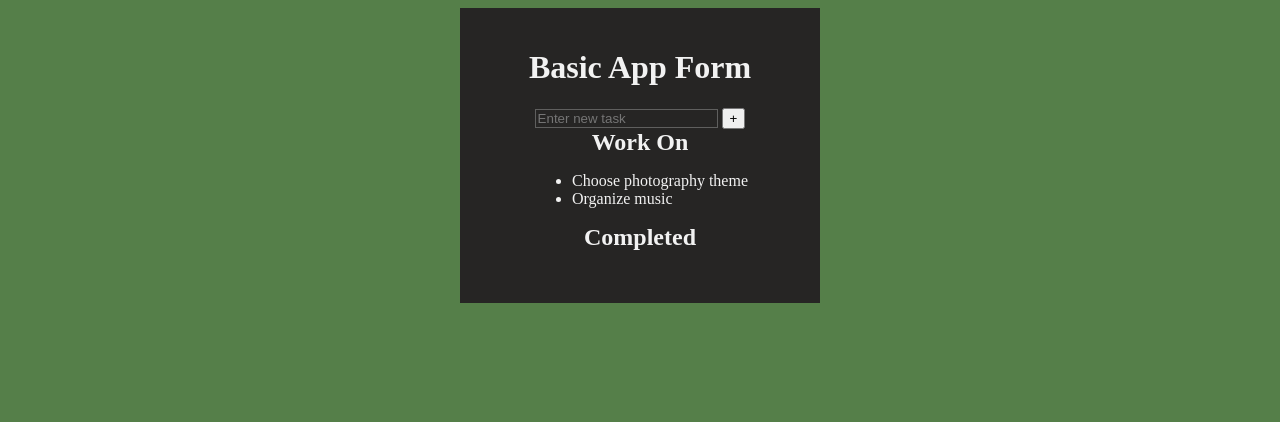
Repository: Kayla-amr/dgm_3760
Page: todoTemplate-W2/index.html
The author's editor kept a copy of each file at every save. The page is drawn from the files as they stood at one save, then again after a run of saves.
The browser window is 1280 px wide. The pictures show the whole page.

Above is the page before, as saved 2022-10-17 17:07:13.

### todoTemplate-W2/index.html
<!DOCTYPE html>
<html lang="en">

<head>
    <meta charset="UTF-8">
    <meta http-equiv="X-UA-Compatible" content="IE=edge">
    <meta name="viewport" content="width=device-width, initial-scale=1.0">
    <link rel="stylesheet" href="styles.css">
    <title>Basic Todo App</title>
</head>

<body>
    <main>
        <div class="taskForm">
            <h1 class="formTitle"></h1>
            <div>
                <input class="userInput" type="text" placeholder="Enter new task">
                <button class="addTask">+</button>
            </div>
            <h2>Work On</h2>
            <ul class='todoTasks'>
            </ul>
            <h2>Completed</h2>
            <ul class='completeTasks'>
            </ul>
    </main>

    </div>
</body>
<script src="/todoTemplate-W2/index.js"></script>

</html>

### todoTemplate-W2/styles.css
body{
    background-color: #557f49;
    color: #f2f2f2;
}
main{
    display: flex;
    justify-content: center;
}
h2{
    padding: 0;
    margin: 0;
}
.taskForm{
    background-color: #262524;
    padding: 20px;
    width: 20rem;
    display: flex;
    flex-direction: column;
    justify-content: center;
    align-items: center;
}

.userInput{
    background-color: #eaaf1900;
    border: 1px solid #808080a1;
    color: #f2f2f2;
}

### todoTemplate-W2/index.js
let myList = [
	{
		id: 0,
		name: 'Choose photography theme',
		category: 'Homework',
		due_date: 'Tomorrow',
		status: false
	},
	{
		id: 1,
		name: 'Organize music',
		category: 'Chores',
		due_date: 'Wednesday',
		status: false
	}
];

//app title
document.querySelector('.formTitle').innerText = 'Basic App Form';

//view todods


function displayTodos(todos) {
	//clear out any tasks (li elements) that are in the UL
	taskUl.innerHTML = '';

	//for each todo in the array, add it to the container UL
	todos.forEach(function(myTask) {
		taskUl.innerHTML += `<li data-todoId='${myTask.id}'> ${myTask.name} </li>`;
	});
}

//add todos

//store element object for the add task button
const addBtn = document.querySelector('.addTask')

addBtn.addEventListener('click', (event) => {
	addTask()
})

function addTask(){
  let userInput = document.querySelector('.userInput').value;
  const newTodoObj = {
	id: myList.length + 1,
	name: userInput,
	category: null,
	due_date: null,
	status: false
}

  myList.push(newTodoObj);

  displayTodos(myList)
}

// create a function to complete todos
function completeTask(){
	// function will take 1 parameter (input) an id of the todo to complete
	// find the todo to complete and then change the value of status in the todo object
		//use the .findIndex method to get the index
		//then edit the object directly using bracket notation
		//IE: myList[todoIDX].status
}


//create a function to delete todos
function deleteTask(){
	//much the same as the complete todo function
	//instead of editing the object, you will need to remove it from the array
}


//for complete and delete event listeners you will need to listen for events on the UL

//get a reference to the task container UL
const taskUl = document.querySelector('.todoTasks');

taskUl.addEventListener('click', (event) => {
	//get the id of the todo that the user clicked on.
	console.log(event.target.dataset.todoid)

	const clickedTodoId = event.target.dataset.todoid

	const todoIdx = myList.findIndex((todo) => todo.id == clickedTodoId)

	console.log(todoIdx)
	//flip the status value
	myList[todoIdx].status = !myList[todoIdx].status

	console.log(myList)

	displayTodos(myList)
})


//on page load, show the todos
displayTodos(myList)

After the next 3 saves:
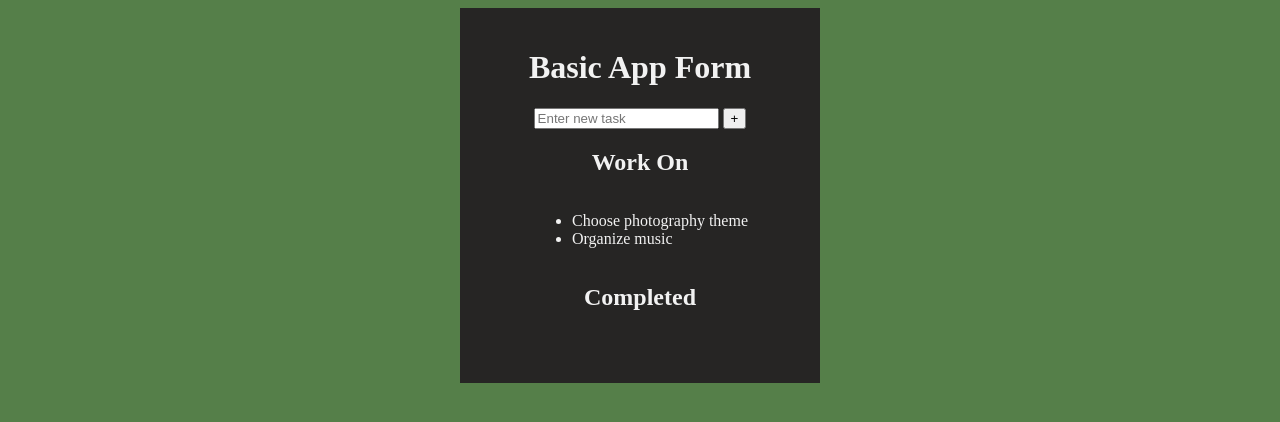
The 3 saves are shown as one change because they came seconds apart.
The last was saved 12 s later.
--- a/todoTemplate-W2/styles.css
+++ b/todoTemplate-W2/styles.css
@@ -6,10 +6,7 @@ main{
     display: flex;
     justify-content: center;
 }
-h2{
-    padding: 0;
-    margin: 0;
-}
+
 .taskForm{
     background-color: #262524;
     padding: 20px;
@@ -19,7 +16,7 @@ h2{
     justify-content: center;
     align-items: center;
 }
-
+.
 .userInput{
     background-color: #eaaf1900;
     border: 1px solid #808080a1;
